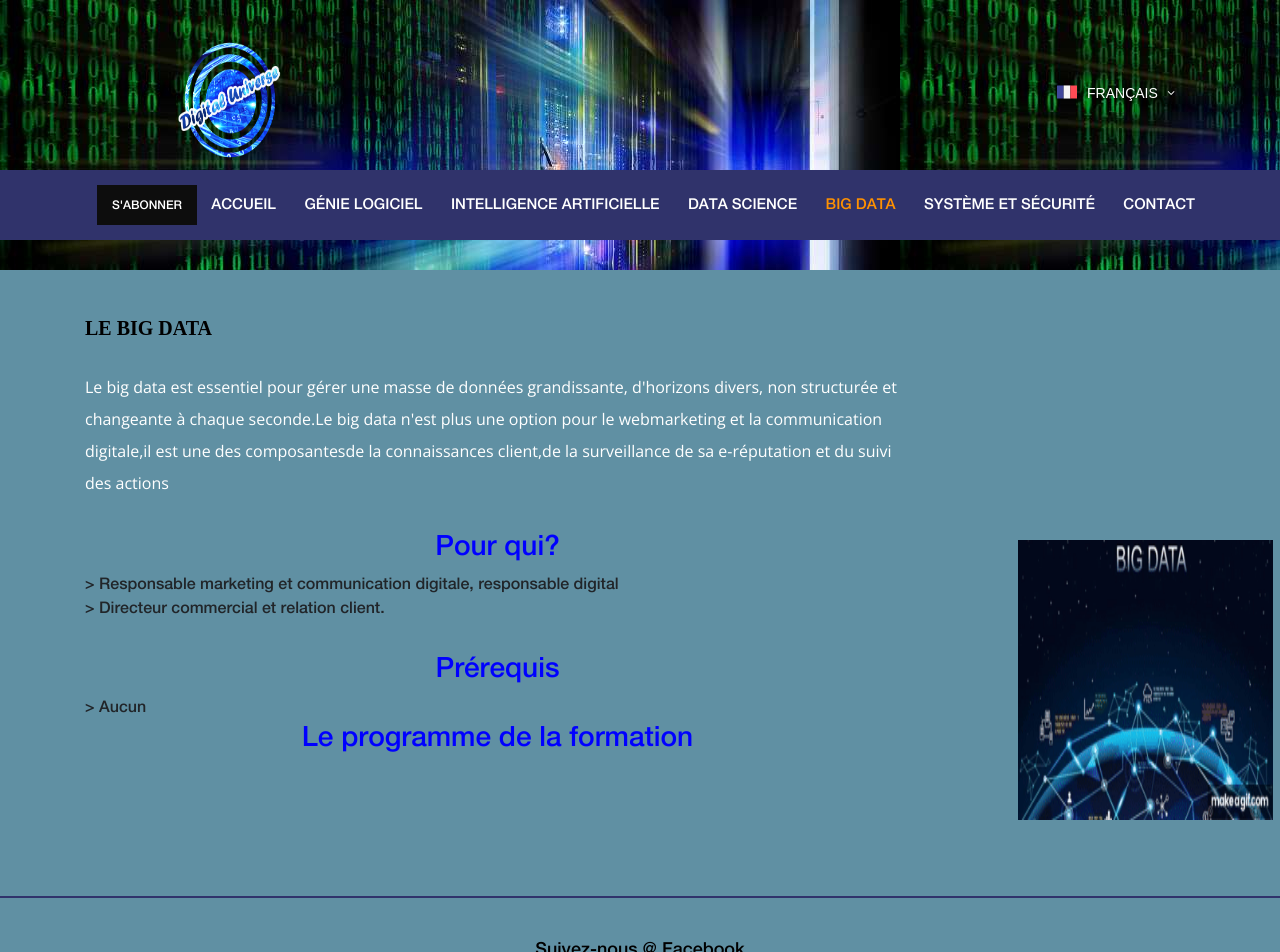
Repository: attoumbre/DATA_SERV
Page: original/big-data.html
An editor plug-in stored every save of this project. The page is shown before and after the next save, followed by the edit.
The browser window is 1280 px wide. The pictures show the part of the page from y = 0 to 952 px (the page is 1465 px tall before and 1718 px after).
A picture or video elsewhere on the page could not be fetched, so the positions and the page height are approximate. Some web fonts or font styles are not loaded; a fallback is used.

Above is the page before, as saved 2020-02-12 08:39:05.
Console error: TypeError: Cannot set properties of null (setting 'onfocus')

After the next save:
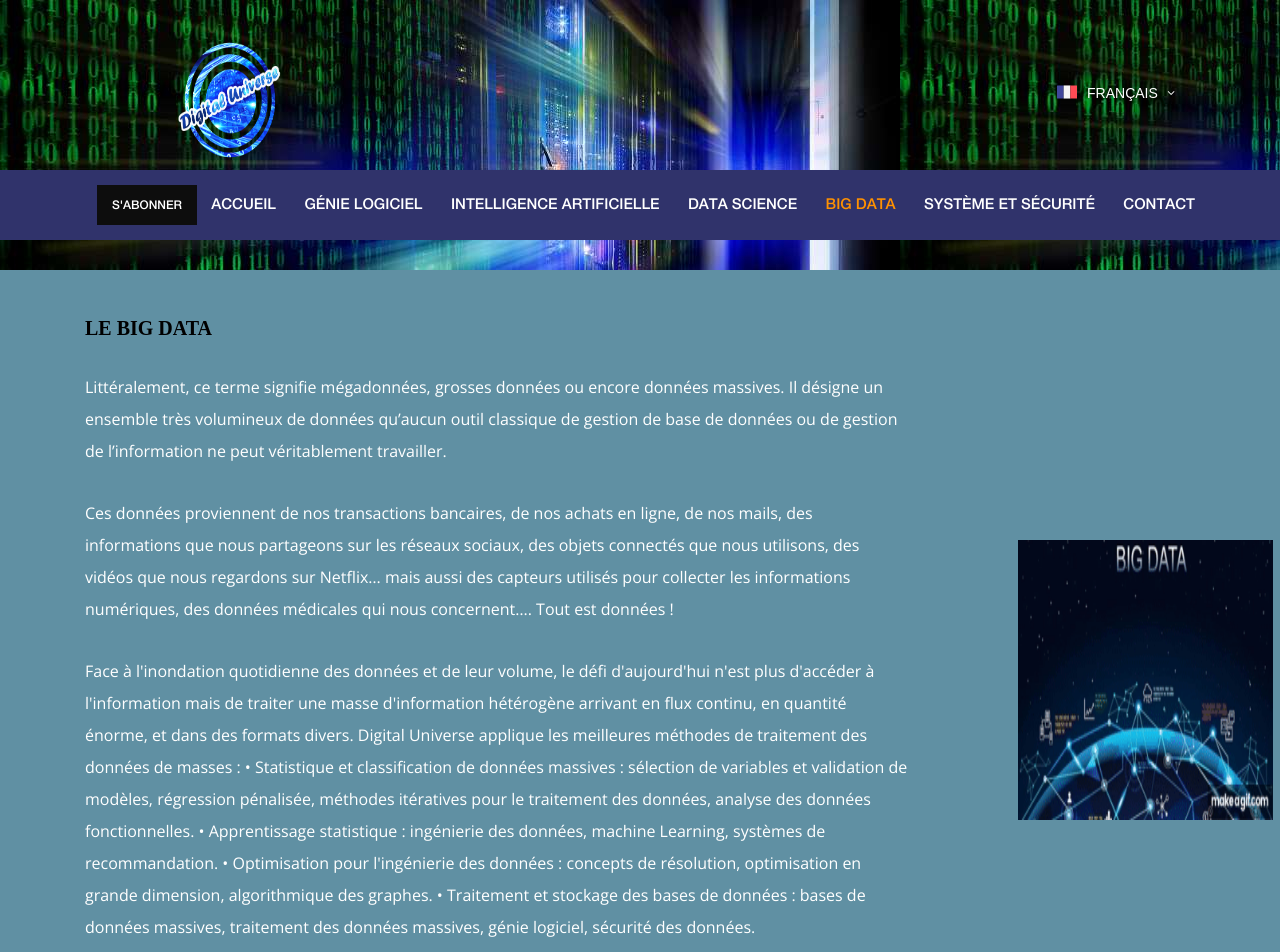
Saved 9 min 13 s later.
--- a/original/big-data.html
+++ b/original/big-data.html
@@ -156,37 +156,27 @@
                                     <B COLOR="orange">LE BIG DATA </B>
                                 </h5>
                                 <p>
-                                    Le big data est essentiel pour gérer une masse de données grandissante, d'horizons divers, non structurée et changeante à chaque seconde.Le big data n'est plus une option pour le webmarketing et la communication digitale,il est une des composantesde la
-                                    connaissances client,de la surveillance de sa e-réputation et du suivi des actions
+                                    Littéralement, ce terme signifie mégadonnées, grosses données ou encore données massives. Il désigne un ensemble très volumineux de données qu’aucun outil classique de gestion de base de données ou de gestion de l’information ne peut véritablement travailler.
+                                    <p>
+                                        Ces données proviennent de nos transactions bancaires, de nos achats en ligne, de nos mails, des informations que nous partageons sur les réseaux sociaux, des objets connectés que nous utilisons, des vidéos que nous regardons sur Netflix… mais aussi des
+                                        capteurs utilisés pour collecter les informations numériques, des données médicales qui nous concernent…. Tout est données !
+                                    </p>
                                 </p>
                                 <p>
-                                    <h3>
-                                        <CENTER>
-                                            <FONT COLOR="blue">Pour qui?</FONT>
-                                        </CENTER>
-                                    </h3>
-                                    > Responsable marketing et communication digitale, responsable digital
-                                    <BR> > Directeur commercial et relation client.
-                                    <BR> </p>
+                                    Face à l'inondation quotidienne des données et de leur volume, le défi d'aujourd'hui n'est plus d'accéder à l'information mais de traiter une masse d'information hétérogène arrivant en flux continu, en quantité énorme, et dans des formats divers. Digital
+                                    Universe applique les meilleures méthodes de traitement des données de masses : • Statistique et classification de données massives : sélection de variables et validation de modèles, régression pénalisée, méthodes itératives
+                                    pour le traitement des données, analyse des données fonctionnelles. • Apprentissage statistique : ingénierie des données, machine Learning, systèmes de recommandation. • Optimisation pour l'ingénierie des données :
+                                    concepts de résolution, optimisation en grande dimension, algorithmique des graphes. • Traitement et stockage des bases de données : bases de données massives, traitement des données massives, génie logiciel, sécurité
+                                    des données.
+
+                                </p>
 
                                 <h3>
                                     <CENTER>
                                         <FONT COLOR="blue">Prérequis</FONT>
                                     </CENTER>
                                 </h3>
-                                > Aucun
-
-                                <h3>
-                                    <CENTER>
-                                        <CENTER>
-                                            <FONT COLOR="blue">Le programme de la formation</FONT>
-                                        </CENTER>
-                                </h3>
-
-
                             </p>
-
-
                         </div>
                     </div>
                 </div>
